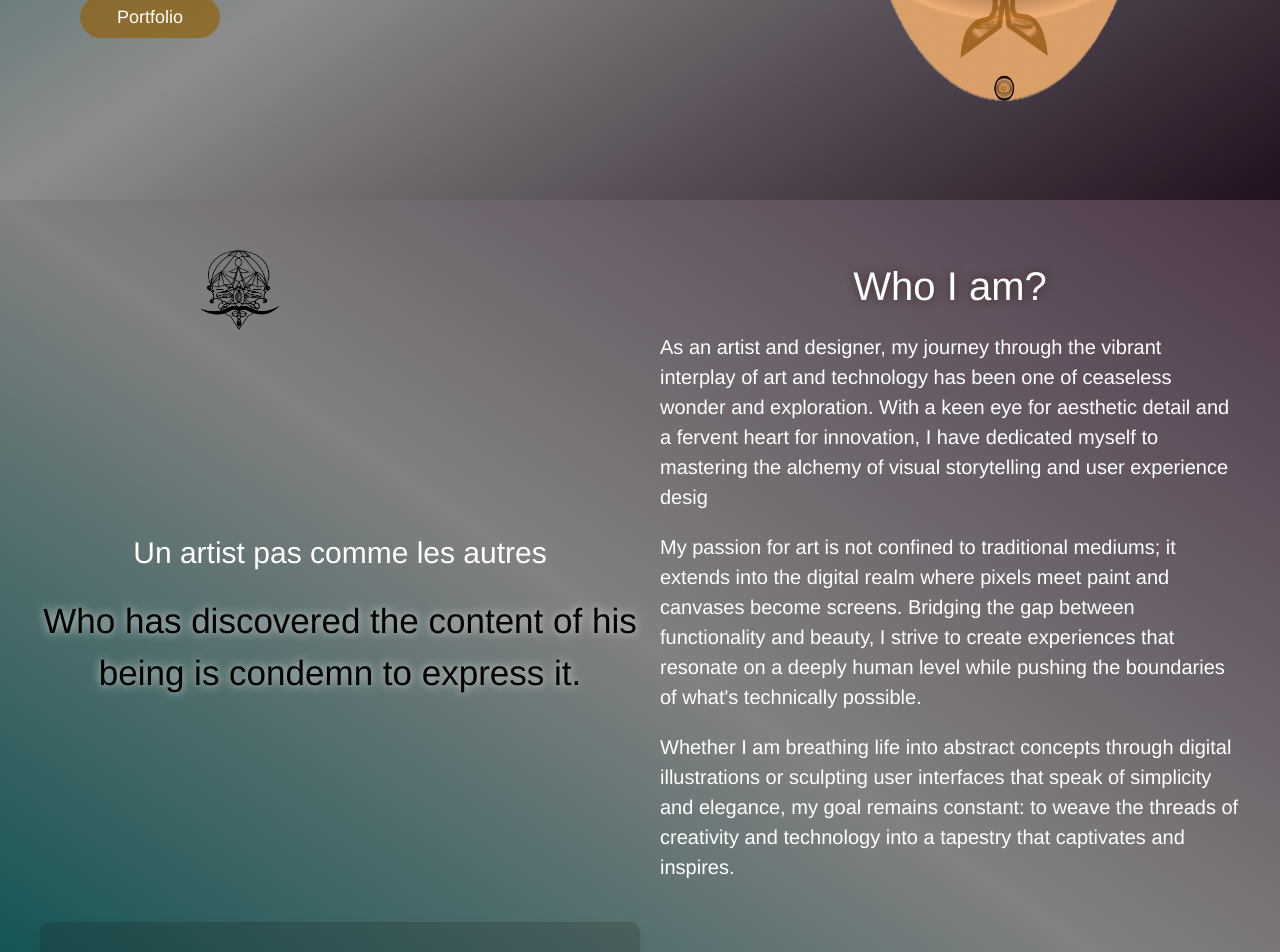
Repository: al-XLeMEsTRE/al-XLeMEsTRE
Page: index.html
An editor plug-in stored every save of this project. The page is shown before and after the next save, followed by the edit.
The browser window is 1280 px wide. The pictures show the part of the page from y = 680 to 1632 px (the page is 5520 px tall).
A picture or video elsewhere on the page could not be fetched, so the positions and the page height are approximate.

Above is the page before, as saved 2023-11-23 19:28:36.

After the next save:
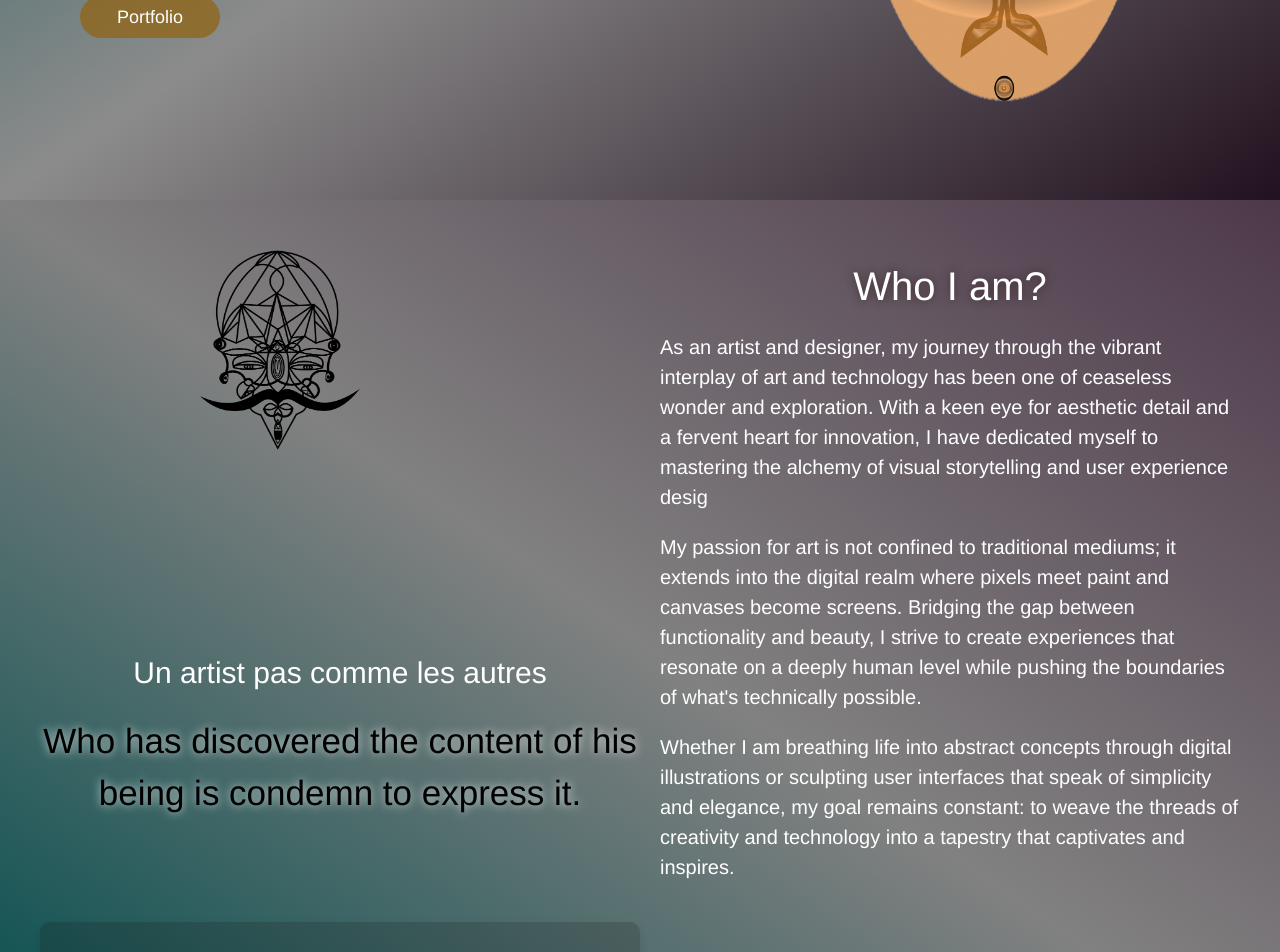
Saved 18 s later.
--- a/style/styles.css
+++ b/style/styles.css
@@ -307,8 +307,8 @@
   top: -10px;
   left: 160px;
   position: relative;
-  width: 80px;
-  height: 80px;
+  width: 160px;
+  height: 200px;
   border-radius: 20px;
   transition: transform 0.5s ease-in-out;
 }
